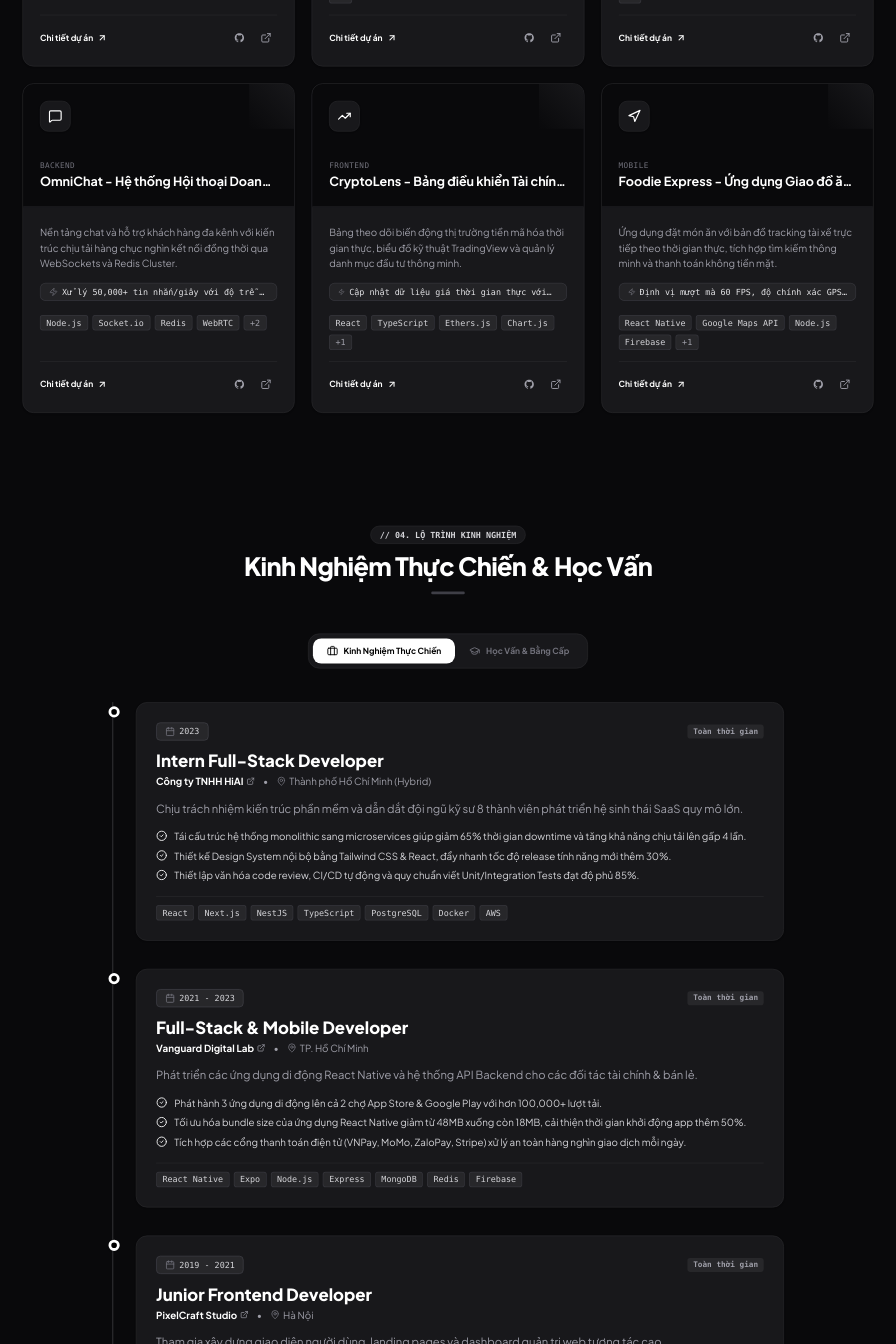
Repository: vancuong2k4/portfolio
Page: /
These files come from the project's save history. The page is drawn as it stood at one moment and after the next save; the edit follows.
The browser window is 1280 px wide. The pictures show the part of the page from y = 4580 to 6500 px (the page is 8966 px tall), at 70% of full size.
The project was rebuilt for these pictures with package versions that can differ from the ones it lists, and the page was loaded fresh each time. Also part of the build but not shown: vite.config.ts, src/components/ProjectModal.tsx.

Above is the page before, as saved 2026-10-20 00:46:01.

### index.html
<!doctype html>
<html lang="vi" class="dark scroll-smooth">
  <head>
    <meta charset="UTF-8" />
    <link
      rel="icon"
      type="image/svg+xml"
      href="data:[embedded picture, 297 characters]"
    />
    <meta name="viewport" content="width=device-width, initial-scale=1.0" />

    <!-- Primary Meta Tags -->
    <title>TranVanCuong | Full-Stack & Mobile Developer</title>
    <meta
      name="title"
      content="Nguyễn Văn An (Alex) | Senior Full-Stack & Mobile Developer"
    />
    <meta
      name="description"
      content="Portfolio chuyên nghiệp của Nguyễn Văn An (Alex) - Kỹ sư Full-Stack & Mobile chuyên sâu React 19, Next.js 15, React Native, Node.js, NestJS và Cloud Architecture."
    />
    <meta
      name="keywords"
      content="Portfolio, Full-stack developer, React, React Native, Next.js, Node.js, Mobile Developer, Frontend, Backend, lập trình viên"
    />
    <meta name="author" content="Nguyễn Văn An" />

    <!-- Open Graph / Facebook / Zalo -->
    <meta property="og:type" content="website" />
    <meta
      property="og:title"
      content="Nguyễn Văn An (Alex) | Senior Full-Stack & Mobile Developer"
    />
    <meta
      property="og:description"
      content="Khám phá các sản phẩm Web & Mobile hiệu năng cao, các giải pháp SaaS và kinh nghiệm thực chiến."
    />

    <!-- Twitter -->
    <meta property="twitter:card" content="summary_large_image" />
    <meta
      property="twitter:title"
      content="Nguyễn Văn An (Alex) | Senior Full-Stack & Mobile Developer"
    />
    <meta
      property="twitter:description"
      content="Khám phá các sản phẩm Web & Mobile hiệu năng cao, các giải pháp SaaS và kinh nghiệm thực chiến."
    />

    <!-- Google Fonts Preconnect -->
    <link rel="preconnect" href="https://fonts.googleapis.com" />
    <link rel="preconnect" href="https://fonts.gstatic.com" crossorigin />
    <link
      href="https://fonts.googleapis.com/css2?family=Plus+Jakarta+Sans:wght@300;400;500;600;700;800&family=JetBrains+Mono:wght@400;500;600;700&display=swap"
      rel="stylesheet"
    />
  </head>
  <body
    class="bg-white dark:bg-[#09090b] text-zinc-900 dark:text-zinc-100 antialiased selection:bg-black selection:text-white dark:selection:bg-white dark:selection:text-black"
  >
    <div id="root"></div>
    <script type="module" src="/src/main.tsx"></script>
  </body>
</html>

### src/context/ThemeContext.tsx
import React, { createContext, useContext, useEffect, useState } from 'react'

type Theme = 'dark' | 'light'

interface ThemeContextType {
  theme: Theme
  toggleTheme: () => void
}

const ThemeContext = createContext<ThemeContextType | undefined>(undefined)

export const ThemeProvider: React.FC<{ children: React.ReactNode }> = ({ children }) => {
  const [theme, setTheme] = useState<Theme>(() => {
    const saved = localStorage.getItem('portfolio-theme') as Theme | null
    if (saved) return saved
    return window.matchMedia('(prefers-color-scheme: dark)').matches ? 'dark' : 'dark' // default to modern dark
  })

  useEffect(() => {
    const root = document.documentElement
    if (theme === 'dark') {
      root.classList.add('dark')
    } else {
      root.classList.remove('dark')
    }
    localStorage.setItem('portfolio-theme', theme)
  }, [theme])

  const toggleTheme = () => {
    setTheme(prev => (prev === 'dark' ? 'light' : 'dark'))
  }

  return (
    <ThemeContext.Provider value={{ theme, toggleTheme }}>
      {children}
    </ThemeContext.Provider>
  )
}

export const useTheme = () => {
  const context = useContext(ThemeContext)
  if (!context) {
    throw new Error('useTheme must be used within a ThemeProvider')
  }
  return context
}

### src/data/portfolioData.ts
import type { Profile, Skill, Project, Experience, Education, Certificate, Testimonial } from '../types'

export const profileData: Profile = {
  name: "Trần Văn Cường",
  nickname: "vancuong2k4",
  avatarUrl: "/avatar.jpg",
  role: "Full-Stack & Mobile Developer",
  titles: [
    "Full-Stack Web Architect",
    "React & React Native Specialist",
    "Node.js & Cloud Engineer",
    "Cross-Platform Mobile Creator",
    "Clean Code & UI/UX Enthusiast"
  ],
  shortBio: "Xây dựng các sản phẩm web & ứng dụng di động hiệu năng cao, trải nghiệm mượt mà từ ý tưởng đến quy mô hàng triệu người dùng.",
  aboutParagraphs: [
    "Tôi là một lập trình viên Full-Stack với hơn 1 năm kinh nghiệm thực chiến trong việc thiết kế, xây dựng và tối ưu các hệ sinh thái ứng dụng web và di động hiện đại.",
    "Thế mạnh của tôi nằm ở sự kết hợp giữa tư duy sản phẩm nhạy bén, kiến trúc backend chịu tải cao (Node.js/PostgreSQL/Docker) và kỹ năng frontend/mobile tỉ mỉ (React, Next.js, React Native, Tailwind CSS, TypeScript).",
    "Tôi luôn theo đuổi phương châm: Code sạch, kiến trúc dễ mở rộng, và tối đa hóa trải nghiệm của người dùng cuối."
  ],
  status: "Sẵn sàng đón nhận cơ hội mới (Full-time / Freelance)",
  location: "TP. Hồ Chí Minh (Hỗ trợ Remote)",
  email: "cuongtran190404@gmail.com",
  phone: "+84 326 570 425",
  github: "https://github.com/vancuong2k4",
  linkedin: "https://linkedin.com/in/tranvancuong",
  telegram: "https://t.me/vancuong",
  cvUrl: "#resume",
  stats: {
    yearsExperience: 1,
    projectsCompleted: 20,
    technologiesMastered: 14,
    commitsLastYear: 222
  }
}

export const skillsData: Skill[] = [
  // Frontend
  { name: "React", category: "frontend", iconName: "Atom", level: 95, highlight: true, description: "Hooks, Server Components, State Management" },
  { name: "Next.js", category: "frontend", iconName: "Globe", level: 92, highlight: true, description: "SSR, SSG, SEO, Edge Runtime" },
  { name: "TypeScript", category: "frontend", iconName: "FileCode", level: 94, highlight: true, description: "Type Safety, Generics, OOP & Functional" },
  { name: "Tailwind CSS", category: "frontend", iconName: "Palette", level: 96, highlight: true, description: "Responsive, Modern UI, Custom Design System" },
  { name: "Vue.js / Nuxt", category: "frontend", iconName: "Layers", level: 82, description: "Composition API, Pinia, Component Architecture" },
  { name: "Framer Motion", category: "frontend", iconName: "Sparkles", level: 88, description: "Interactive Animations, Micro-interactions" },

  // Mobile
  { name: "React Native", category: "mobile", iconName: "Smartphone", level: 92, highlight: true, description: "Expo, Bare Workflow, Native Modules, Animations" },
  { name: "Flutter / Dart", category: "mobile", iconName: "Zap", level: 80, description: "Cross-platform Mobile, Riverpod, BLoC" },
  { name: "iOS & Android Build", category: "mobile", iconName: "Cpu", level: 84, description: "App Store, Google Play, Fastlane CI/CD" },

  // Backend
  { name: "Node.js & Express", category: "backend", iconName: "Server", level: 93, highlight: true, description: "Event Loop, RESTful API, Microservices" },
  { name: "NestJS", category: "backend", iconName: "ShieldCheck", level: 88, highlight: true, description: "Enterprise Architecture, Dependency Injection" },
  { name: "Python / FastAPI", category: "backend", iconName: "Terminal", level: 82, description: "High-speed APIs, Data Processing, AI Integration" },
  { name: "GraphQL & REST", category: "backend", iconName: "Network", level: 89, description: "Apollo Server, Schema Design, Rate Limiting" },
  { name: "WebSockets / Socket.io", category: "backend", iconName: "Radio", level: 90, description: "Realtime Chat, Live Notification, Streaming" },

  // Database
  { name: "PostgreSQL", category: "database", iconName: "Database", level: 90, highlight: true, description: "Indexing, Query Optimization, Prisma / TypeORM" },
  { name: "MongoDB", category: "database", iconName: "FolderGit2", level: 88, description: "NoSQL Modeling, Aggregation Pipelines" },
  { name: "Redis", category: "database", iconName: "Flame", level: 86, description: "In-memory Caching, Pub/Sub, Session Store" },
  { name: "Supabase & Firebase", category: "database", iconName: "CloudSun", level: 90, description: "Auth, Realtime DB, Storage, Edge Functions" },

  // DevOps & Tools
  { name: "Docker & Container", category: "devops", iconName: "Box", level: 87, highlight: true, description: "Multi-stage builds, Docker Compose, Microservices" },
  { name: "Git & GitHub Actions", category: "devops", iconName: "GitBranch", level: 94, description: "CI/CD Pipelines, Automated Testing, Branching Strategy" },
  { name: "AWS & Cloudflare", category: "devops", iconName: "Cloud", level: 84, description: "S3, EC2, CloudFront, Lambda, Edge Workers" },
  { name: "Linux / Nginx", category: "devops", iconName: "Terminal", level: 85, description: "Server Configuration, Reverse Proxy, SSL" }
]

export const projectsData: Project[] = [
  {
    id: "zenith-saas",
    title: "Zenith Cloud - Nền tảng Quản trị Doanh nghiệp AI",
    category: "fullstack",
    subtitle: "SaaS Platform với AI Analytics & Real-time Collaboration",
    description: "Hệ thống quản lý công việc và tự động hóa quy trình cho đội ngũ với trợ lý ảo AI và bảng điều khiển trực quan thời gian thực.",
    fullDescription: "Zenith Cloud là nền tảng quản trị công việc toàn diện theo kiến trúc Micro-frontend kết hợp Backend NestJS và PostgreSQL. Tích hợp AI phân tích năng suất, realtime collaborative board qua WebSocket và thanh toán Stripe đa tiền tệ.",
    tags: ["React", "Next.js", "NestJS", "PostgreSQL", "Tailwind CSS", "OpenAI API", "Docker"],
    metrics: "Tăng 45% năng suất đội ngũ, hỗ trợ 10,000+ active users",
    liveUrl: "https://example.com/demo-zenith",
    githubUrl: "https://github.com/your-username/zenith-cloud",
    featured: true,
    gradient: "from-blue-600 via-indigo-600 to-violet-600",
    iconName: "LayoutDashboard",
    features: [
      "Bảng điều khiển Kanban thời gian thực với drag-and-drop mượt mà",
      "Trợ lý AI tự động tóm tắt cuộc họp và phân công nhiệm vụ",
      "Hệ thống phân quyền RBAC đa cấp độ (Admin, Manager, Member)",
      "Tích hợp cổng thanh toán Stripe và webhook tự động kích hoạt tài khoản"
    ],
    architecture: [
      "Frontend: Next.js App Router, Tailwind CSS, Zustand, Shadcn UI",
      "Backend: NestJS microservices, RabbitMQ message broker",
      "Database: PostgreSQL with Prisma ORM, Redis for caching & rate limiting",
      "DevOps: Docker containers, deployed on AWS ECS with GitHub Actions CI/CD"
    ]
  },
  {
    id: "fitpulse-mobile",
    title: "FitPulse - Ứng dụng Huấn luyện Thể thao Thông minh",
    category: "mobile",
    subtitle: "React Native & AI Computer Vision Fitness Tracker",
    description: "Ứng dụng di động theo dõi lộ trình tập luyện cá nhân hóa, nhận diện động tác tập luyện qua camera và đồng bộ Apple Health / Google Fit.",
    fullDescription: "FitPulse là ứng dụng di động đa nền tảng (iOS & Android) được xây dựng bằng React Native. Ứng dụng cung cấp bài tập cá nhân hóa dựa trên AI, theo dõi nhịp tim qua kết nối BLE (Bluetooth Low Energy) và cộng đồng giao lưu xã hội.",
    tags: ["React Native", "Expo", "TypeScript", "Node.js", "Supabase", "HealthKit"],
    metrics: "4.8★ trên App Store với hơn 25,000+ lượt tải",
    liveUrl: "https://example.com/demo-fitpulse",
    githubUrl: "https://github.com/your-username/fitpulse-mobile",
    featured: true,
    gradient: "from-emerald-500 via-teal-600 to-cyan-600",
    iconName: "Activity",
    features: [
      "Hơn 300+ bài tập hoạt họa 3D chất lượng cao với hướng dẫn chi tiết",
      "Đồng bộ hai chiều với Apple HealthKit và Google Health Connect",
      "Chế độ ngoại tuyến (Offline-first) với WatermelonDB",
      "Bảng xếp hạng bạn bè và thông báo đẩy (Push Notifications) giữ lửa tập luyện"
    ],
    architecture: [
      "Client: React Native (Expo SDK 52), Reanimated 3, Redux Toolkit",
      "Backend: Node.js serverless functions trên Supabase Edge",
      "Storage: Supabase PostgreSQL & S3 media storage",
      "Notifications: OneSignal push notification integration"
    ]
  },
  {
    id: "nova-ecommerce",
    title: "Nova Fashion - Sàn Thương mại Điện tử Đa kênh",
    category: "fullstack",
    subtitle: "Headless E-Commerce Siêu Tốc Độ & Trải nghiệm Mua sắm 3D",
    description: "Sàn thương mại điện tử thời trang với công nghệ Headless Commerce, tốc độ load dưới 0.8s, tích hợp thử đồ AR và thanh toán VNPay, MoMo.",
    fullDescription: "Giải pháp thương mại điện tử thế hệ mới giải quyết bài toán tải trang chậm của các shop online truyền thống. Điểm số Google Lighthouse đạt 99/100, hỗ trợ tìm kiếm ngữ nghĩa thông minh và giỏ hàng thời gian thực.",
    tags: ["Next.js", "TypeScript", "Tailwind CSS", "Redis", "VNPay / MoMo API", "Stripe"],
    metrics: "Tốc độ tải trang 0.8s, tỉ lệ chuyển đổi tăng 32%",
    liveUrl: "https://example.com/demo-nova",
    githubUrl: "https://github.com/your-username/nova-ecommerce",
    featured: true,
    gradient: "from-amber-500 via-orange-600 to-rose-600",
    iconName: "ShoppingBag",
    features: [
      "Tối ưu Core Web Vitals tối đa, hỗ trợ Incremental Static Regeneration (ISR)",
      "Tích hợp cổng thanh toán nội địa (VNPay, MoMo) & quốc tế (Stripe, PayPal)",
      "Bộ lọc sản phẩm đa tiêu chí tức thì (Faceted search) không giật lag",
      "Hệ thống quản lý kho hàng và đồng bộ đơn hàng tự động"
    ],
    architecture: [
      "Frontend: Next.js 14, Tailwind CSS, Framer Motion",
      "Backend: Node.js / Express micro-api, Redis Cache",
      "Database: MongoDB with Mongoose, MeiliSearch for lightning search"
    ]
  },
  {
    id: "omnichat-realtime",
    title: "OmniChat - Hệ thống Hội thoại Doanh nghiệp Realtime",
    category: "backend",
    subtitle: "High-concurrency Real-time Chat Engine",
    description: "Nền tảng chat và hỗ trợ khách hàng đa kênh với kiến trúc chịu tải hàng chục nghìn kết nối đồng thời qua WebSockets và Redis Cluster.",
    fullDescription: "OmniChat cung cấp giải pháp liên lạc nội bộ và CSKH cho các tổ chức. Hệ thống mã hóa đầu cuối (E2EE), chia sẻ tập tin tức thì, cuộc gọi thoại WebRTC và bot tự động phản hồi 24/7.",
    tags: ["Node.js", "Socket.io", "Redis", "WebRTC", "PostgreSQL", "Docker"],
    metrics: "Xử lý 50,000+ tin nhắn/giây với độ trễ < 30ms",
    liveUrl: "https://example.com/demo-omnichat",
    githubUrl: "https://github.com/your-username/omnichat-engine",
    featured: false,
    gradient: "from-cyan-500 via-blue-600 to-indigo-700",
    iconName: "MessageSquare",
    features: [
      "Kết nối liên tục hai chiều với cơ chế tự phục hồi kết nối (Auto reconnect)",
      "Hỗ trợ cuộc gọi video / audio chất lượng cao qua WebRTC P2P",
      "Mã hóa tin nhắn End-to-End Encryption (E2EE)",
      "Lưu trữ lịch sử chat phân trang vô tận (Infinite scrolling)"
    ],
    architecture: [
      "Socket Server: Node.js Cluster with Socket.io Redis Adapter",
      "Database: ScyllaDB / PostgreSQL for message persistence",
      "Media: AWS S3 + CloudFront CDN for encrypted attachments"
    ]
  },
  {
    id: "crypto-lens",
    title: "CryptoLens - Bảng điều khiển Tài chính Web3 & DEX",
    category: "frontend",
    subtitle: "Interactive Crypto Analytics & Portfolio Dashboard",
    description: "Bảng theo dõi biến động thị trường tiền mã hóa thời gian thực, biểu đồ kỹ thuật TradingView và quản lý danh mục đầu tư thông minh.",
    fullDescription: "Ứng dụng web hiển thị dữ liệu tài chính trực quan với đồ thị tương tác cao. Kết nối ví Web3 (Metamask, Phantom) để theo dõi số dư ví on-chain và cảnh báo biến động giá qua Telegram bot.",
    tags: ["React", "TypeScript", "Ethers.js", "Chart.js", "Tailwind CSS"],
    metrics: "Cập nhật dữ liệu giá thời gian thực với hơn 15 sàn giao dịch",
    liveUrl: "https://example.com/demo-cryptolens",
    githubUrl: "https://github.com/your-username/crypto-lens",
    featured: false,
    gradient: "from-purple-600 via-pink-600 to-red-500",
    iconName: "TrendingUp",
    features: [
      "Biểu đồ hình nến tương tác đầy đủ chỉ báo (RSI, MACD, MA)",
      "Kết nối ví Web3 đa chuỗi (Ethereum, BSC, Solana, Polygon)",
      "Tính toán lãi/lỗ (P&L) tự động theo thời gian thực",
      "Giao diện Dark Mode chuẩn tài chính hiện đại"
    ],
    architecture: [
      "Frontend: React with Vite, Tailwind CSS, Lucide Icons",
      "Data Feed: Binance WebSocket Streams & CoinGecko API"
    ]
  },
  {
    id: "foodie-delivery",
    title: "Foodie Express - Ứng dụng Giao đồ ăn & Định vị Trực tiếp",
    category: "mobile",
    subtitle: "React Native Food Delivery App with Live Driver GPS",
    description: "Ứng dụng đặt món ăn với bản đồ tracking tài xế trực tiếp theo thời gian thực, tích hợp tìm kiếm thông minh và thanh toán không tiền mặt.",
    fullDescription: "Hệ thống bao gồm ứng dụng cho khách hàng và ứng dụng cho tài xế. Tối ưu hóa thuật toán định vị GPS để tiết kiệm pin tối đa, cập nhật lộ trình di chuyển mượt mà trên bản đồ Google Maps.",
    tags: ["React Native", "Google Maps API", "Node.js", "Firebase", "Redux"],
    metrics: "Định vị mượt mà 60 FPS, độ chính xác GPS sai số < 5m",
    liveUrl: "https://example.com/demo-foodie",
    githubUrl: "https://github.com/your-username/foodie-express",
    featured: false,
    gradient: "from-yellow-500 via-amber-600 to-red-600",
    iconName: "Navigation",
    features: [
      "Bản đồ tương tác với icon tài xế di chuyển mượt mà theo góc xoay",
      "Hệ thống gợi ý món ăn theo vị trí và thói quen sở thích",
      "Thông báo trạng thái đơn hàng: Đang chuẩn bị -> Đang giao -> Đã tới nơi",
      "Đánh giá và tip tài xế tiện lợi"
    ],
    architecture: [
      "Mobile: React Native, React Native Maps, Reanimated",
      "Backend: Firebase Cloud Functions & Firestore Realtime DB"
    ]
  }
]

export const experiencesData: Experience[] = [
  {
    id: "exp-1",
    period: "2023",
    role: "Intern Full-Stack Developer",
    company: "Công ty TNHH HiAI",
    companyUrl: "https://hiai.com",
    location: "Thành phố Hồ Chí Minh (Hybrid)",
    type: "Toàn thời gian",
    description: "Chịu trách nhiệm kiến trúc phần mềm và dẫn dắt đội ngũ kỹ sư 8 thành viên phát triển hệ sinh thái SaaS quy mô lớn.",
    achievements: [
      "Tái cấu trúc hệ thống monolithic sang microservices giúp giảm 65% thời gian downtime và tăng khả năng chịu tải lên gấp 4 lần.",
      "Thiết kế Design System nội bộ bằng Tailwind CSS & React, đẩy nhanh tốc độ release tính năng mới thêm 30%.",
      "Thiết lập văn hóa code review, CI/CD tự động và quy chuẩn viết Unit/Integration Tests đạt độ phủ 85%."
    ],
    technologies: ["React", "Next.js", "NestJS", "TypeScript", "PostgreSQL", "Docker", "AWS"]
  },
  {
    id: "exp-2",
    period: "2021 - 2023",
    role: "Full-Stack & Mobile Developer",
    company: "Vanguard Digital Lab",
    companyUrl: "https://example.com",
    location: "TP. Hồ Chí Minh",
    type: "Toàn thời gian",
    description: "Phát triển các ứng dụng di động React Native và hệ thống API Backend cho các đối tác tài chính & bán lẻ.",
    achievements: [
      "Phát hành 3 ứng dụng di động lên cả 2 chợ App Store & Google Play với hơn 100,000+ lượt tải.",
      "Tối ưu hóa bundle size của ứng dụng React Native giảm từ 48MB xuống còn 18MB, cải thiện thời gian khởi động app thêm 50%.",
      "Tích hợp các cổng thanh toán điện tử (VNPay, MoMo, ZaloPay, Stripe) xử lý an toàn hàng nghìn giao dịch mỗi ngày."
    ],
    technologies: ["React Native", "Expo", "Node.js", "Express", "MongoDB", "Redis", "Firebase"]
  },
  {
    id: "exp-3",
    period: "2019 - 2021",
    role: "Junior Frontend Developer",
    company: "PixelCraft Studio",
    companyUrl: "https://example.com",
    location: "Hà Nội",
    type: "Toàn thời gian",
    description: "Tham gia xây dựng giao diện người dùng, landing pages và dashboard quản trị web tương tác cao.",
    achievements: [
      "Chuyển đổi các bản thiết kế Figma phức tạp thành giao diện pixel-perfect, responsive trên mọi kích thước màn hình.",
      "Cải thiện điểm số SEO và Performance cho 15+ website của khách hàng từ mức trung bình lên 90+ trên Google Lighthouse."
    ],
    technologies: ["JavaScript (ES6+)", "React", "HTML5/CSS3", "SASS", "RESTful API", "Git"]
  }
]

export const educationData: Education[] = [
  {
    id: "edu-1",
    period: "2022 - 2026",
    degree: " Công nghệ Thông tin (Khoa học Máy tính)",
    institution: "Đại học Văn Hiến",
    location: "Tp.HCM, Việt Nam",
    description: "Tốt nghiệp loại Khá. Chuyên sâu về Cấu trúc dữ liệu & Giải thuật, Kiến trúc phần mềm và Hệ quản trị cơ sở dữ liệu.",
    achievements: [
      "GPA: 3.1 / 4.0",
      "Học bổng sinh viên ưu tú 2022-2023",
      "Đề tài tốt nghiệp: Xây dựng hệ thống phân tích dữ liệu lớn thời gian thực"
    ]
  }
]

export const certificatesData: Certificate[] = [
  {
    id: "cert-1",
    title: "AWS Certified Solutions Architect – Associate",
    issuer: "Amazon Web Services (AWS)",
    date: "2024",
    badgeText: "AWS SAA-C03",
    verifyUrl: "https://aws.amazon.com/verification"
  },
  {
    id: "cert-2",
    title: "Meta Professional Front-End Developer",
    issuer: "Meta & Coursera",
    date: "2023",
    badgeText: "Meta Certified",
    verifyUrl: "https://coursera.org/verify"
  },
  {
    id: "cert-3",
    title: "Certified Kubernetes Application Developer (CKAD)",
    issuer: "The Linux Foundation",
    date: "2023",
    badgeText: "CKAD",
    verifyUrl: "https://linuxfoundation.org"
  }
]

export const testimonialsData: Testimonial[] = [
  {
    id: "test-1",
    name: "Trần Minh Quân",
    role: "CTO / Head of Engineering",
    company: "TechNova Solutions",
    avatarGradient: "from-blue-500 to-indigo-600",
    content: "An là một kỹ sư full-stack hiếm hoi có cả tư duy kiến trúc hệ thống vững vàng lẫn sự nhạy bén về trải nghiệm người dùng. Những giải pháp cậu ấy đưa ra luôn tối ưu, sạch sẽ và giải quyết triệt để vấn đề tải của sản phẩm."
  },
  {
    id: "test-2",
    name: "Sarah Jenkins",
    role: "Product Manager",
    company: "Vanguard Digital Lab",
    avatarGradient: "from-purple-500 to-pink-600",
    content: "Làm việc cùng An là một trải nghiệm tuyệt vời. Cậu ấy không chỉ viết code nhanh mà còn chủ động đóng góp ý kiến để hoàn thiện tính năng sản phẩm tốt hơn cả bản thiết kế ban đầu."
  },
  {
    id: "test-3",
    name: "Lê Hoàng Long",
    role: "Senior Mobile Architect",
    company: "FinTech Global",
    avatarGradient: "from-emerald-500 to-teal-600",
    content: "Khả năng tối ưu hiệu năng React Native và thiết kế animations của An thực sự đẳng cấp. Ứng dụng sau khi qua tay An mượt mà 60 FPS trên cả những thiết bị cấu hình thấp."
  }
]

Loaded but not shown: src/main.tsx (common file); src/components/Hero.tsx (291 lines, source omitted); src/components/Contact.tsx (291 lines, source omitted); src/components/About.tsx (242 lines, source omitted); src/components/Projects.tsx (209 lines, source omitted); src/components/Experience.tsx (176 lines, source omitted); src/components/Navbar.tsx (190 lines, source omitted); src/components/Skills.tsx (171 lines, source omitted); src/components/Testimonials.tsx (114 lines, source omitted); src/components/Footer.tsx (107 lines, source omitted); src/index.css (77 lines, source omitted); src/components/SocialIcons.tsx (27 lines, source omitted); src/components/BackgroundEffects.tsx (42 lines, source omitted); src/App.tsx (42 lines, source omitted)

After the next save:
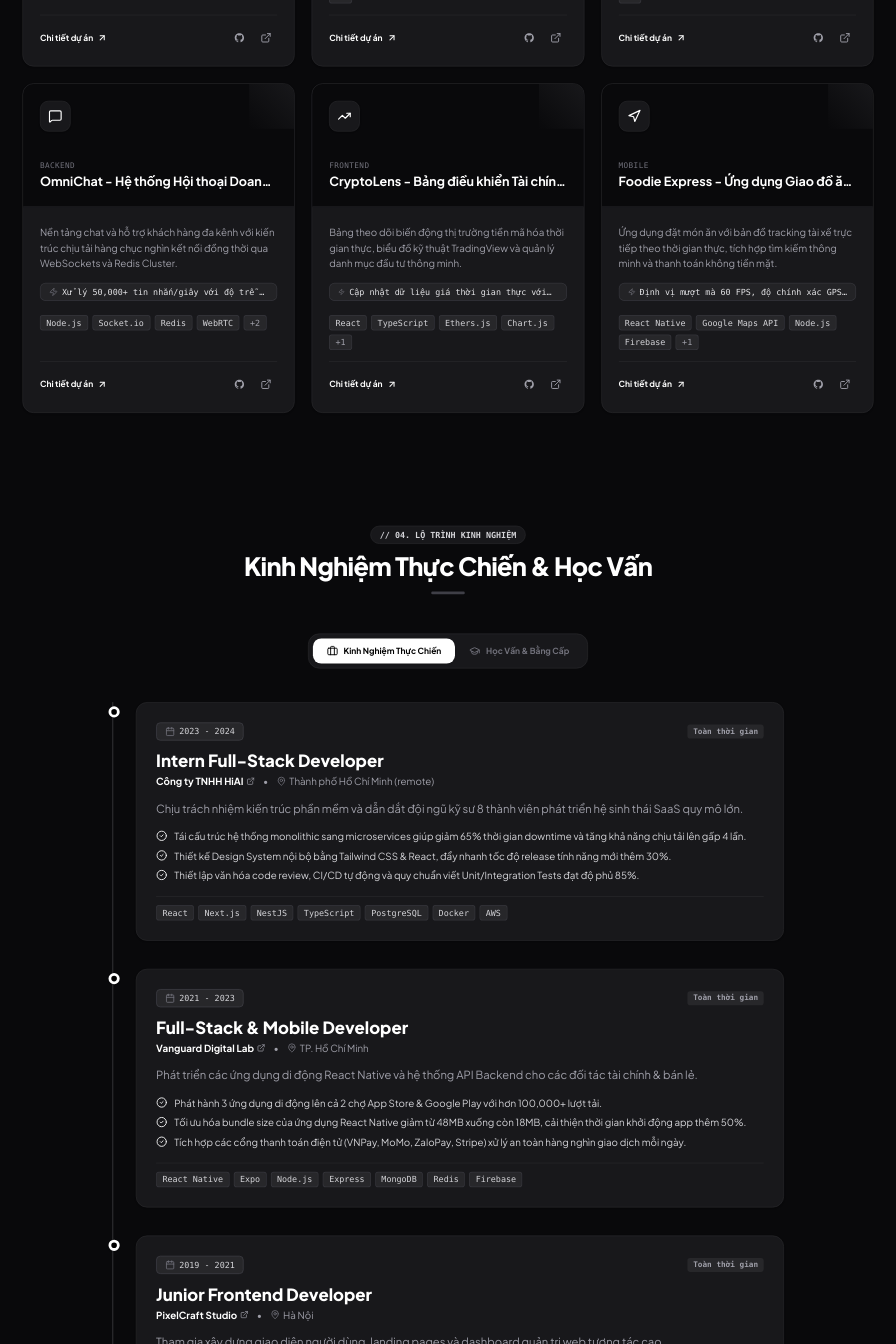
Saved 38 s later.
--- a/src/data/portfolioData.ts
+++ b/src/data/portfolioData.ts
@@ -230,11 +230,11 @@ export const projectsData: Project[] = [
 export const experiencesData: Experience[] = [
   {
     id: "exp-1",
-    period: "2023",
+    period: "2023 - 2024",
     role: "Intern Full-Stack Developer",
     company: "Công ty TNHH HiAI",
     companyUrl: "https://hiai.com",
-    location: "Thành phố Hồ Chí Minh (Hybrid)",
+    location: "Thành phố Hồ Chí Minh (remote)",
     type: "Toàn thời gian",
     description: "Chịu trách nhiệm kiến trúc phần mềm và dẫn dắt đội ngũ kỹ sư 8 thành viên phát triển hệ sinh thái SaaS quy mô lớn.",
     achievements: [
